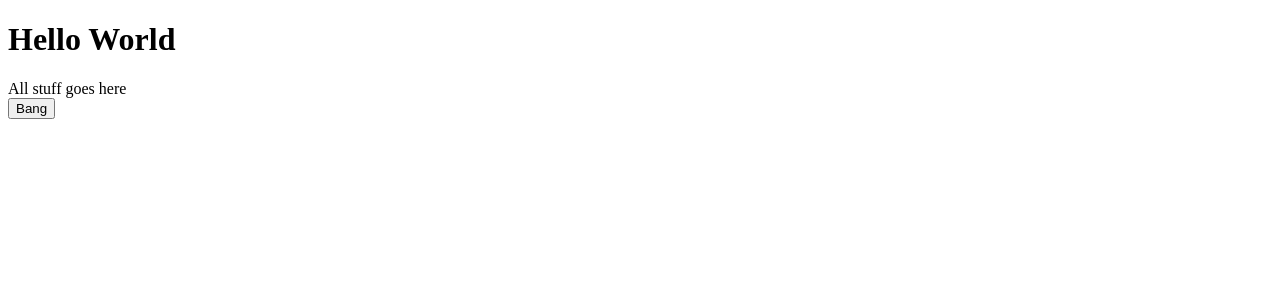
Repository: filiptodoric/blackjack-eclipse
Page: blackjack/WebContent/index.html
These files come from the project's save history. The page is drawn as it stood at one moment and after the next save; the edit follows.
The browser window is 1280 px wide. The pictures show the whole page.
Some web libraries are served in a nearby version.

Above is the page before, as saved 2015-11-07 03:05:22.
Console error: ReferenceError: getDeck is not defined
Not found: blackjack/WebContent/blackjack/main.js

### blackjack/WebContent/index.html
<!DOCTYPE html>
<html>
<head>
<meta charset="UTF-8">
<title>Blackjack</title>
</head>
<script src="https://ajax.googleapis.com/ajax/libs/jquery/2.1.3/jquery.min.js"></script>
<script src="../blackjack/main.js"></script>
<script>
	var deck = getDeck();
	console.dir(deck);
</script>
<body>
<h1>Hello World</h1>
  <div id="test"> All stuff goes here </div>
  <button onclick="change()">Bang</button>
</body>
</html>

After the next save:
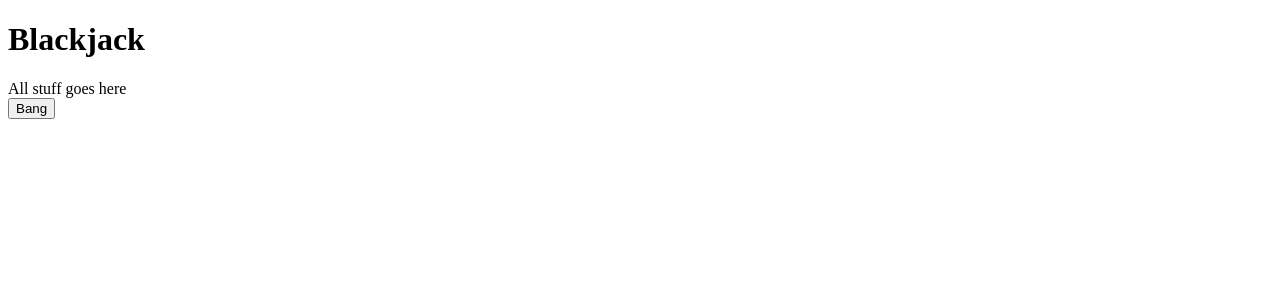
Saved 17 s later.
--- a/blackjack/WebContent/index.html
+++ b/blackjack/WebContent/index.html
@@ -11,7 +11,7 @@
 	console.dir(deck);
 </script>
 <body>
-<h1>Hello World</h1>
+<h1>Blackjack</h1>
   <div id="test"> All stuff goes here </div>
   <button onclick="change()">Bang</button>
 </body>
